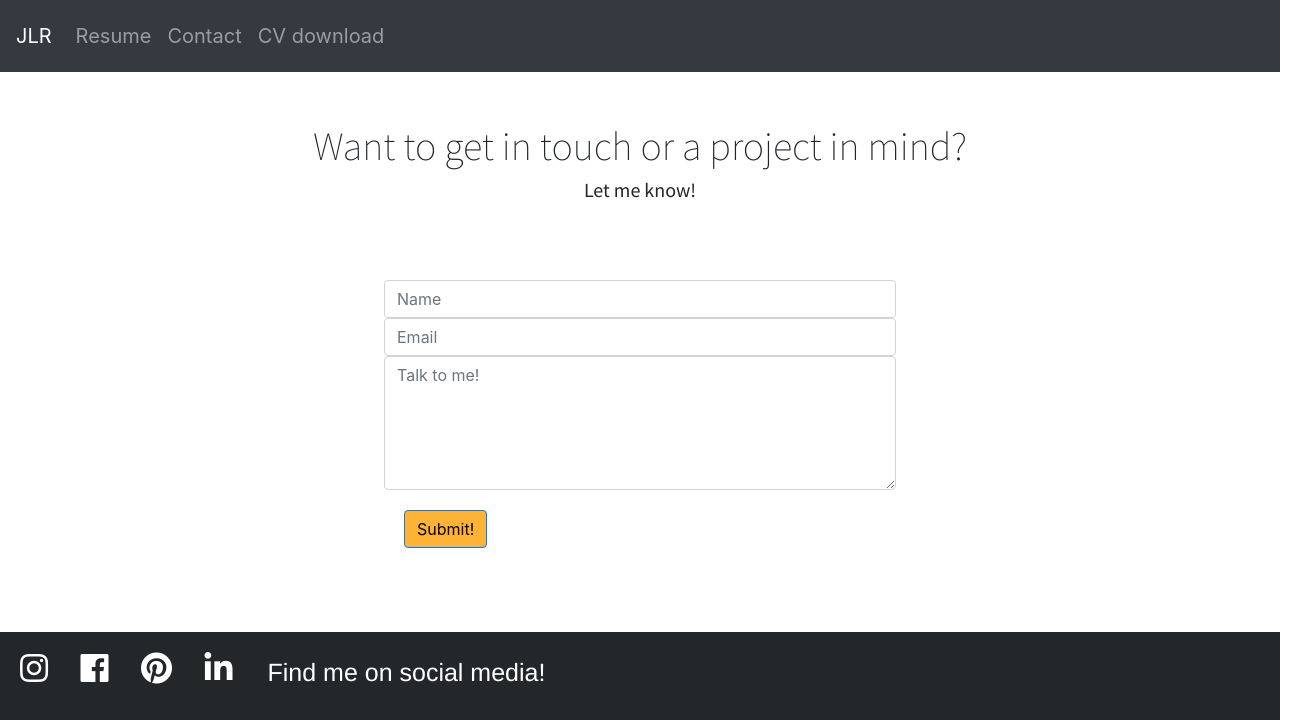
Repository: Kawaiisaki/Portfolio-site
Page: contact.html
The author's editor kept a record of every edit. The page is drawn from the files as they stood at one moment, then again after the next edit.
The browser window is 1280 px wide. The page is 1295 px wide, so the pictures cover 1295 px, including what lies to the right of the window. The pictures show the whole page.
Some web libraries are served in a nearby version.

Above is the page before.

### contact.html
<!DOCTYPE html>
<html lang="en">

<head>
    <meta charset="UTF-8">
    <meta name="viewport" content="width=device-width, initial-scale=1.0">
    <meta http-equiv="X-UA-Compatible" content="ie=edge">
    <link rel="stylesheet" href="https://maxcdn.bootstrapcdn.com/bootstrap/4.2.1/css/bootstrap.min.css" type="text/css" />
    <link rel="stylesheet" href="https://use.fontawesome.com/releases/v5.0.10/css/all.css" integrity="sha384-+d0P83n9kaQMCwj8F4RJB66tzIwOKmrdb46+porD/OvrJ+37WqIM7UoBtwHO6Nlg" crossorigin="anonymous">
    <link rel="stylesheet" href="https://cdnjs.cloudflare.com/ajax/libs/hover.css/2.3.1/css/hover-min.css" type="text/css" />
    <link rel="stylesheet" href="assets/css/style.css" type="text/css" />
    <title>Contact Joel</title>
</head>

<body>
    <header>

        <nav class="navbar sticky-top navbar-expand-lg navbar-dark bg-dark">
            <a class="navbar-brand" href="index.html">JLR</a>
            <button class="navbar-toggler" type="button" data-toggle="collapse" data-target="#navbarSupportedContent" aria-controls="navbarSupportedContent" aria-expanded="false" aria-label="Toggle navigation">
    <span class="navbar-toggler-icon"></span>
  </button>

            <div class="collapse navbar-collapse" id="navbarSupportedContent">
                <ul class="navbar-nav navbar-brand mr-auto">
                    <li class="nav-item">
                        <a class="nav-link" href="resume.html">Resume</a>
                    </li>
                    <li class="nav-item">
                        <a class="nav-link" href="contact.html">Contact</a>
                    </li>
                    <li class="nav-item">
                        <a class="nav-link" href="#">CV download</a>
                    </li>
                </ul>
            </div>
        </nav>
        <div class="container-fluid">
            <div class="row">
                <div class="col contact-heading text-center">
                    <h1 class="contact-title">Want to get in touch or a project in mind?</h1>
                    <h5 class="contact-me">Let me know!</h5>
                </div>
            </div>
        </div>
        <div class="form-placement">
            <form>
                <div class="form-group">
                    <input type="text" name="fullname" class="form-control" placeholder="Name" required/>
                    <input type="email" name="email" id="emailaddress" class="form-control" placeholder="Email" required/>
                    <textarea rows="5" name="projectsummary" id="projectsummary" class="form-control" placeholder="Talk to me!" required></textarea>
                    <button type="submit" class="btn btn-primary">Submit!</button>
                </div>
            </form>
        </div>
    </header>
    <section>

    </section>
    <section>

    </section>
    <br>
    <br>
    <footer>
        <div class="container-fluid social-icons">
            <div class="row no-gutters ">
                <div class="col-md-auto">
                    <ul class="list-inline social-media-icons">
                        <li class="list-inline-item">
                            <a target="_blank" href="https://www.instagram.com/thekawaiisaki/">
                                <i class="fab fa-instagram fa-2x" aria-hidden="true"></i>
                                <span class="sr-only">Instagram</span>
                            </a>
                        </li>
                        <li class="list-inline-item">
                            <a target="_blank" href="https://www.facebook.com/joellojedorosso">
                                <i class="fab fa-facebook fa-2x"  aria-hidden="true"></i>
                                <span class="sr-only">Facebook</span>
                            </a>
                        </li>
                        <li class="list-inline-item">
                            <a target="_blank" href="https://nl.pinterest.com/jlojedorosso/">
                                <i class="fab fa-pinterest fa-2x" aria-hidden="true"></i>
                                <span class="sr-only">Pinterest</span>
                            </a>
                        </li>
                        <li class="list-inline-item">
                            <a target="_blank" href="https://www.linkedin.com/in/joellojedorosso/">
                                <i class="fab fa-linkedin-in fa-2x" aria-hidden="true"></i>
                                <span class="sr-only">Instagram</span>
                            </a>
                        </li>
                    </ul>
                </div>
                <div class="col">
                    <div>
                        <h3 class="social-text">Find me on social media!</h3>
                    </div>
                </div>
            </div>
        </div>
    </footer>
</body>

</html>

### assets/css/style.css
@import url('https://fonts.googleapis.com/css?family=Source+Sans+Pro:100,200,300,400,500,600,700,800,900&display=swap');

.container-fluid {
  padding-left: 0;
  padding-right: 0;
}

/*---------------------------------------Callout*/

.callout-container {
  height: 88vh;

  background: url('../images/joelgrey.jpg') no-repeat center center fixed;
  -webkit-background-size: cover;
  -moz-background-size: cover;
  -o-background-size: cover;
  background-size: cover;

  display: flex;
  align-items: center;
  justify-content: center;

  position: relative;
}

.transparant-overlay {
  position: absolute;
  top: 0;
  left: 0;
  width: 100%;
  height: 100%;
  background-color: rgba(0, 0, 0, 0.4)
}

.jumbotron {
  background-color: transparent;
}

.name {
  font-family: "Source Sans Pro", sans-serif;
  color: white;
  font-weight: 400;
  margin-bottom: 10px;
  text-shadow: 2px 2px rgba(0, 0, 0, 0.5);
}

.lead {
  color: #ffffff;
  margin: 10px;
  text-decoration: overline;
  text-shadow: 2px 2px rgba(0, 0, 0, 0.5);
}

.fa-code {
  color: #fff;
  text-shadow: 2px 2px rgba(0, 0, 0, 0.5);
}

/*---------------------------------------About-Personal-*/

.about-container {
  height: 50vh;

  background: url('../images/laptop.jpg') no-repeat center center fixed;
  -webkit-background-size: cover;
  -moz-background-size: cover;
  -o-background-size: cover;
  background-size: cover;

  display: flex;
  align-items: center;
  justify-content: center;

  position: relative;
}

.subtitle {
  margin-left: 30px;
  font-family: "helvetica", sans-serif;
  font-weight: 200;
}

.key {
  font-family: "Source Sans Pro", sans-serif;
  padding-left: 30px;
  display: inline-block;
  font-size: 20px;
  width: 33%;
  vertical-align: top;
}

.value {
  display: inline-block;
  font-size: 15px;
  width: 33%;
}

.personal-info {
  padding: 20px;
  background-color: #feb236;
  display: block;
  clear: both;
}


.introduction {
  padding: 20px;
  background-color: #fff;
}

.introduction p {
  margin-left: 30px;
}

.about-me {
  font-family: "Source Sans Pro", sans-serif;
  margin-left: 30px;
}

.fa-user,
.fa-address-card {
  padding-left: 20px;
}

.fa-user {
  color: #feb236;
}

.introduction a {
  margin-left: 30px;
}

/*---------------------------------------Footer*/

.social-text {
  color: #fff;
  font-family: "Helvetica", sans-serif;
  font-weight: 400;
  font-size: 25px;
  padding-top: 15px;
  padding-left: 25px;
}

footer {
  background-color: #24272a;
  min-height: 50px;
  padding: 10px;
}

.social-media-icons li i {
  color: #fff;
  margin: 10px;
}

/*---------------------------------------Additional*/

.uppercase {
  text-transform: uppercase;
}

/*---------------------------------------About page*/

.fa-file-code,
.fa-cogs,
.fa-tasks {
  padding-left: 20px;
}

.white-text {
  color: #fff;
}

/*---------------------------------------About bg colors*/

.what-bg-color {
  background-color: #6b5b95;
}

.how-bg-color {
  background-color: #fff;
}

.why-bg-color {
  background-color: #feb236;
}

/*---------------------------------------Resume page*/

.projects {
  background-color: #6b5b95;
  color: #fff;
  font-family: "Source Sans Pro", sans-serif;
  max-width: 50%;
  padding: 60px;
}

.list-group-item {
  background-color: transparent;
}

.project-item {
  color: #fff;
  text-decoration: none;
  max-width: 60%;
  margin: auto;
}

.project-item:hover {
  text-decoration: none;
  color: #feb236;
}

.front-end,
.back-end {
  font-family: "Source Sans Pro", sans-serif;
  padding: 60px;
}

.back-end {
  background-color: #f6f6f6;
}

.fa-laptop {
  padding-left: 20px;
}

/*---------------------------------------Progress bars*/

.skill-progression {
  font-family: "Source Sans Pro", sans-serif;
}

.progress {
  position: relative;
  margin-bottom: 4px;
  height: 25px;
}

.progres-skill {
  font-family: "Sans Source Pro", sans-serif;
  position: absolute;
  left: 5px;
  font-weight: 400;
  padding: 3px 30px 2px 10px;
  color: #000;
}

.bar-skills {
  margin: auto;
  max-width: 80%;
  padding: 60px;
}

.progress-bar-striped {
  background-color: #feb236;
}

/*---------------------------------------contact page*/

.contact-heading {
  margin: 50px;
}

.contact-title,
.contact-me {
  font-family: "Source Sans Pro", sans-serif;
}

.contact-title {
  font-weight: 200;
}

.btn-primary {
  background-color: #feb236;
  color: #000;
}

button {
  margin: 20px;
}

.form-placement {
  padding-top: 20px;
  max-width: 40%;
  margin: auto;
}

After the next edit:
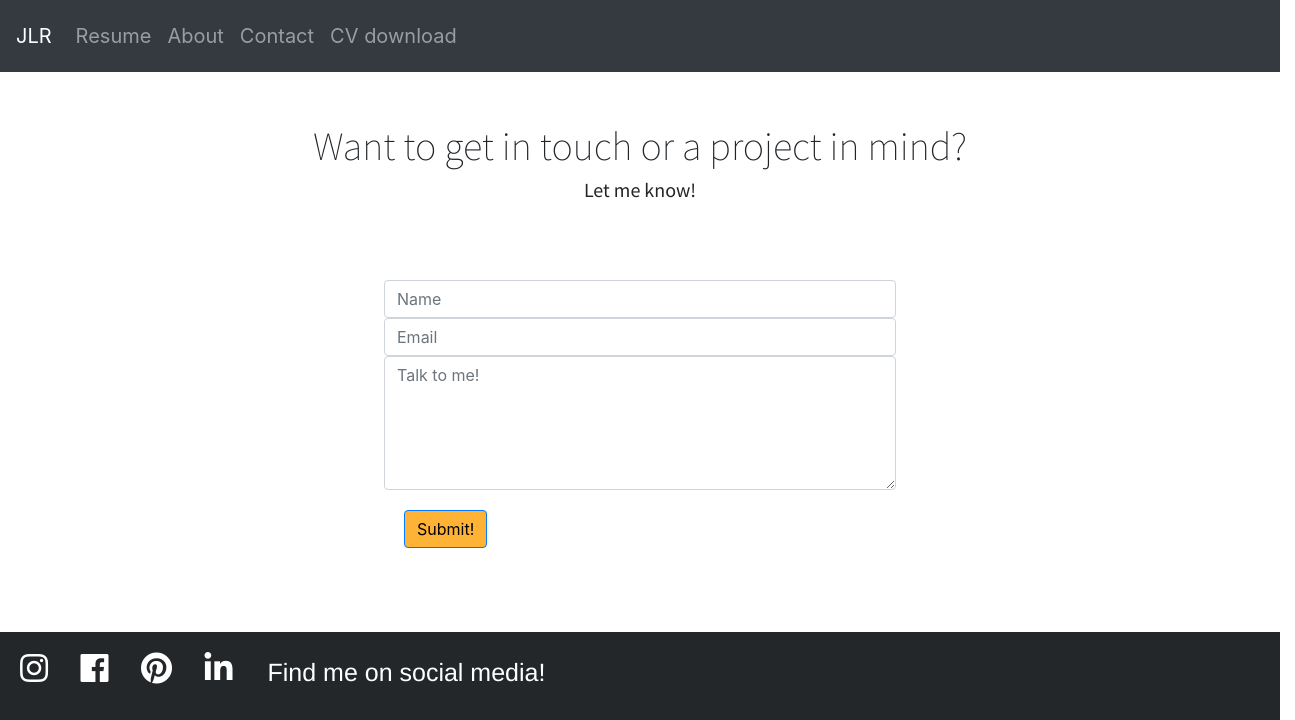
The edit:
--- a/contact.html
+++ b/contact.html
@@ -14,27 +14,31 @@
 
 <body>
     <header>
+        <header class="container-fluid">
+            <nav class="navbar sticky-top navbar-expand-lg navbar-dark bg-dark">
+                <a class="navbar-brand" href="index.html">JLR</a>
+                <button class="navbar-toggler" type="button" data-toggle="collapse" data-target="#navbarSupportedContent" aria-controls="navbarSupportedContent" aria-expanded="false" aria-label="Toggle navigation">
+        <span class="navbar-toggler-icon"></span>
+      </button>
 
-        <nav class="navbar sticky-top navbar-expand-lg navbar-dark bg-dark">
-            <a class="navbar-brand" href="index.html">JLR</a>
-            <button class="navbar-toggler" type="button" data-toggle="collapse" data-target="#navbarSupportedContent" aria-controls="navbarSupportedContent" aria-expanded="false" aria-label="Toggle navigation">
-    <span class="navbar-toggler-icon"></span>
-  </button>
-
-            <div class="collapse navbar-collapse" id="navbarSupportedContent">
-                <ul class="navbar-nav navbar-brand mr-auto">
-                    <li class="nav-item">
-                        <a class="nav-link" href="resume.html">Resume</a>
-                    </li>
-                    <li class="nav-item">
-                        <a class="nav-link" href="contact.html">Contact</a>
-                    </li>
-                    <li class="nav-item">
-                        <a class="nav-link" href="#">CV download</a>
-                    </li>
-                </ul>
-            </div>
-        </nav>
+                <div class="collapse navbar-collapse" id="navbarSupportedContent">
+                    <ul class="navbar-nav navbar-brand mr-auto">
+                        <li class="nav-item">
+                            <a class="nav-link" href="resume.html">Resume</a>
+                        </li>
+                        <li class="nav-item">
+                            <a class="nav-link" href="about.html">About</a>
+                        </li>
+                        <li class="nav-item">
+                            <a class="nav-link" href="contact.html">Contact</a>
+                        </li>
+                        <li class="nav-item">
+                            <a class="nav-link" href="#">CV download</a>
+                        </li>
+                    </ul>
+                </div>
+            </nav>
+        </header>
         <div class="container-fluid">
             <div class="row">
                 <div class="col contact-heading text-center">
